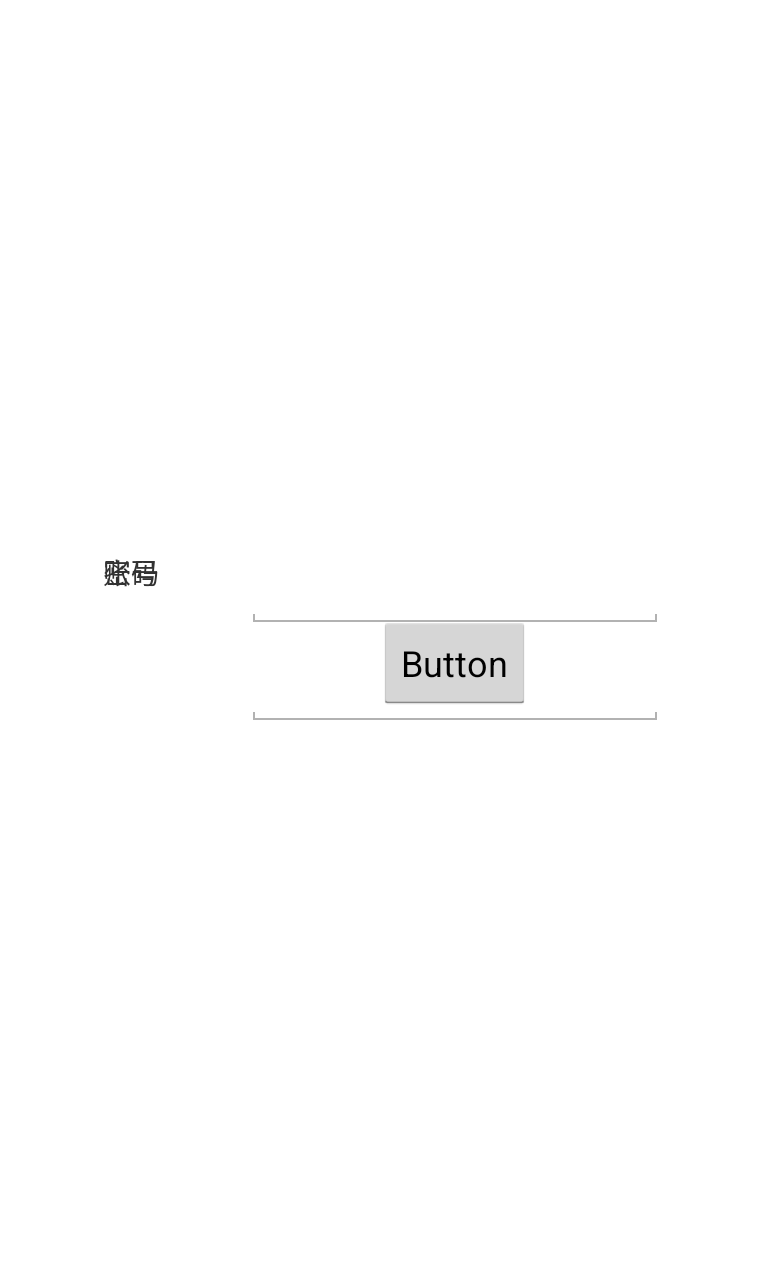
Repository: xingchenxuanfeng/MyStudyForAndroid
Layout: ForceOffline/res/layout/activity_main.xml
An editor plug-in stored every save of this project. The layout is shown before and after the next save, followed by the edit.
It is drawn on a 768 x 1280 px phone screen (xhdpi) without system bars, with theme AppTheme; the app's code is not run.

Above is the layout before, as saved 2015-06-14 13:07:24.

After the next save:
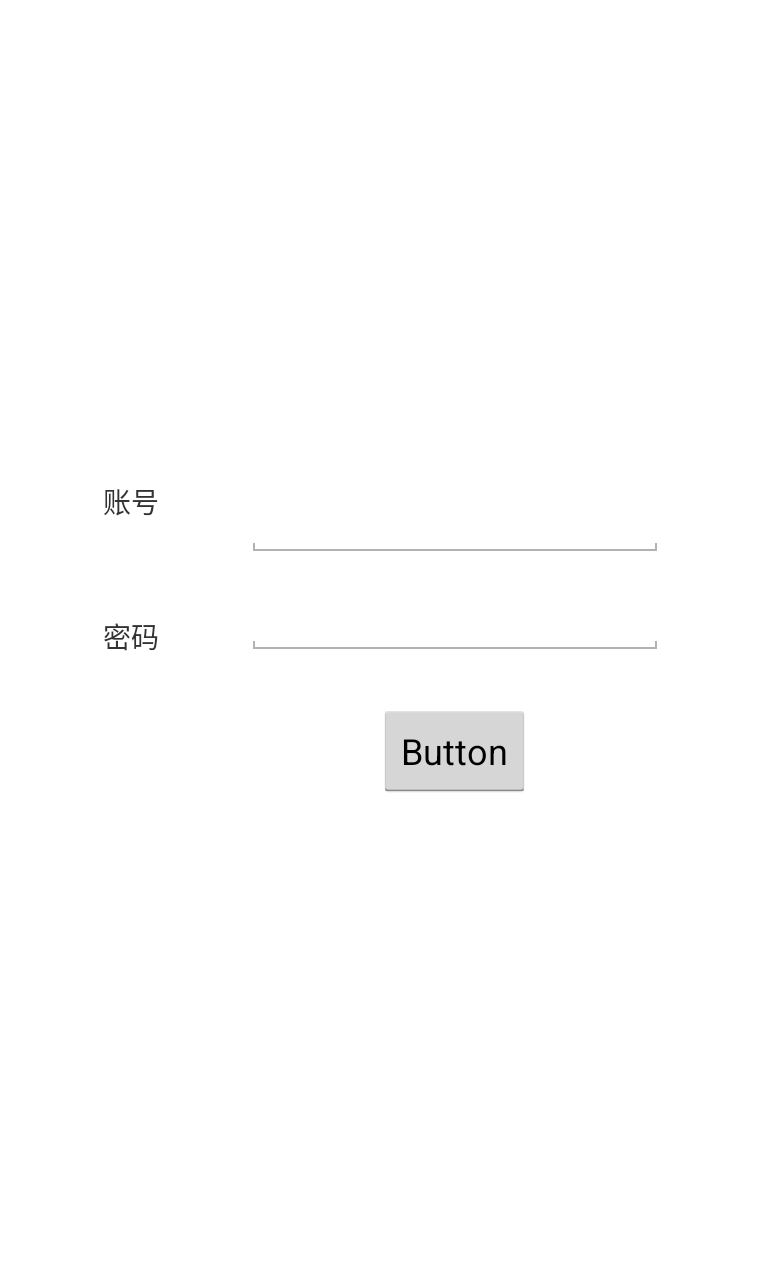
Saved 81 s later.
--- a/ForceOffline/res/layout/activity_main.xml
+++ b/ForceOffline/res/layout/activity_main.xml
@@ -16,15 +16,6 @@
         android:layout_alignBottom="@+id/editText1"
         android:layout_alignParentLeft="true"
         android:text="账号" />
-
-    <TextView
-        android:id="@+id/textView1"
-        android:layout_width="wrap_content"
-        android:layout_height="wrap_content"
-        android:layout_alignBaseline="@+id/editText2"
-        android:layout_alignBottom="@+id/editText2"
-        android:layout_alignParentLeft="true"
-        android:text="密码" />
 
     <EditText
         android:id="@+id/password"
@@ -47,9 +38,18 @@
         android:id="@+id/button1"
         android:layout_width="wrap_content"
         android:layout_height="wrap_content"
-        android:layout_below="@+id/editText2"
+        android:layout_below="@+id/password"
         android:layout_centerHorizontal="true"
-        android:layout_marginTop="32dp"
+        android:layout_marginTop="23dp"
         android:text="Button" />
 
+    <TextView
+        android:id="@+id/textView1"
+        android:layout_width="wrap_content"
+        android:layout_height="wrap_content"
+        android:layout_alignBottom="@+id/password"
+        android:layout_alignLeft="@+id/textView2"
+        android:layout_toLeftOf="@+id/password"
+        android:text="密码" />
+
 </RelativeLayout>
